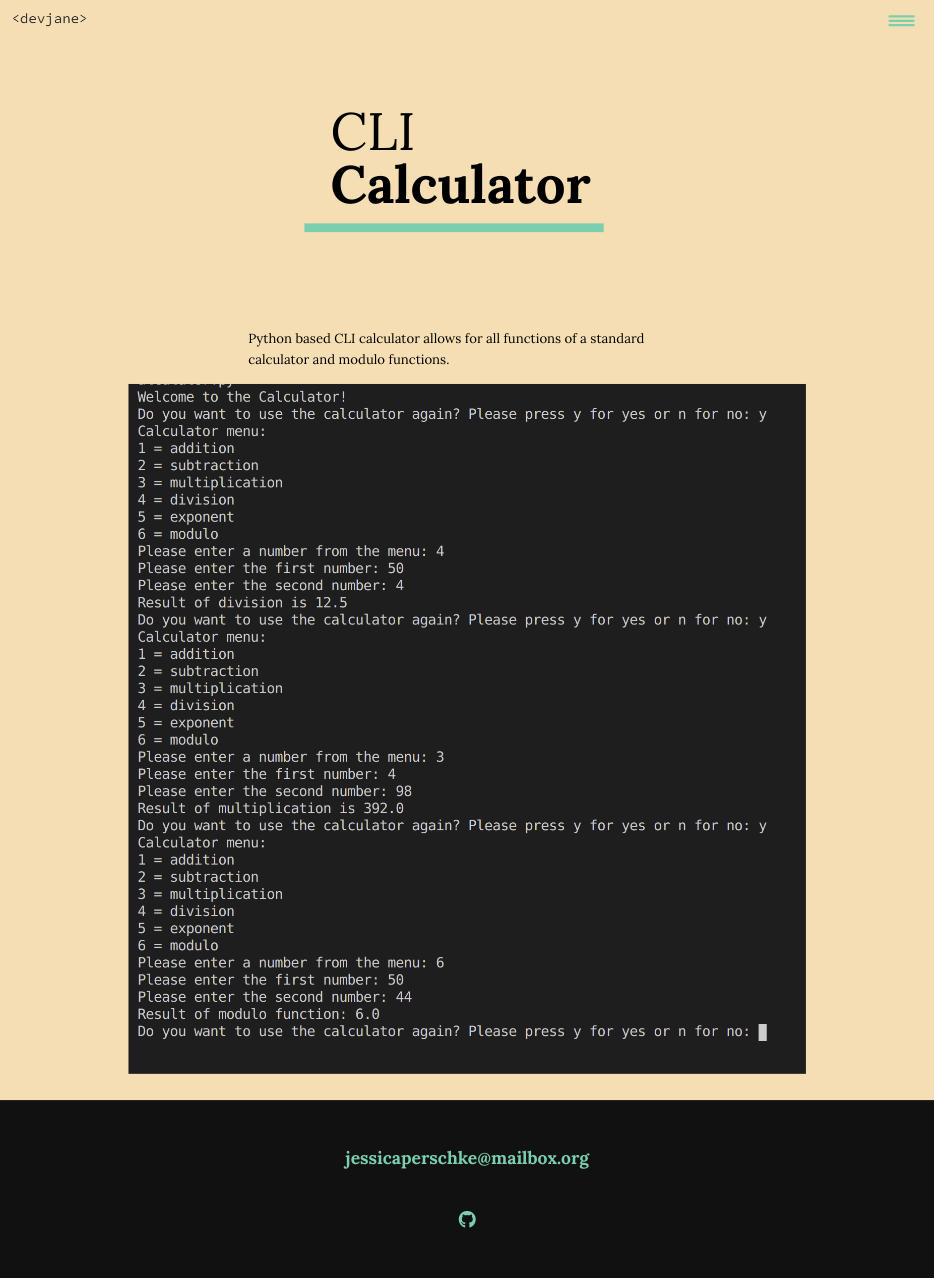
Repository: DinoDime/site
Page: portfolio-item3.html
An editor plug-in stored every save of this project. The page is shown before and after the next save, followed by the edit.
The browser window is 1280 px wide. The pictures show the whole page, at 73% of full size.
Some web libraries are served in a nearby version.

Above is the page before, as saved 2021-05-03 10:50:41.

### portfolio-item3.html
<!DOCTYPE html>
<html lang="en">
  <head>
    <link
      rel="stylesheet"
      href="https://cdnjs.cloudflare.com/ajax/libs/normalize/8.0.1/normalize.css"
    />
    <meta charset="UTF-8" />
    <meta name="viewport" content="width=device-width, initial-scale=1.0" />
    <title>Jess' Portfolio</title>
    <link
      rel="stylesheet"
      href="https://cdnjs.cloudflare.com/ajax/libs/normalize/7.0.0/normalize.min.css"
    />
    <link
      rel="stylesheet"
      href="https://cdnjs.cloudflare.com/ajax/libs/font-awesome/5.11.2/css/all.css"
      integrity="sha256-46qynGAkLSFpVbEBog43gvNhfrOj+BmwXdxFgVK/Kvc="
      crossorigin="anonymous"
    />

    <!-- Update these with your own fonts -->
    <link
      href="https://fonts.googleapis.com/css?family=Lora:400,700|Roboto+Slab:400,700&display=swap"
      rel="stylesheet"
    />

    <link rel="stylesheet" href="css/style.css" />
  </head>
  <body>
    <header>
      <div class="logo">
        <img src="img/devjane.png" alt="" />
      </div>
      <!--Hamburger button-->
      <button class="nav-toggle" aria-label="toggle navigation">
        <span class="hamburger"></span>
      </button>
      <nav class="nav">
        <ul class="nav__list">
          <li class="nav__item">
            <a href="index.html" class="nav__link">Home</a>
          </li>
          <li class="nav__item">
            <a href="index.html#Skills" class="nav__link">Skills</a>
          </li>
          <li class="nav__item">
            <a href="index.html#about" class="nav__link">About me</a>
          </li>
          <li class="nav__item">
            <a href="index.html#work" class="nav__link">My Work</a>
          </li>
        </ul>
      </nav>
    </header>

    <section class="intro">
      <h1 class="section__title section__title--intro">
        CLI <strong>Calculator</strong>
      </h1>
      <p class="section__subtitle section__subtitle--intro"></p>
    </section>

    <div class="portfolio-item-individual">
      <p>
        Python based CLI calculator allows for all functions of a standard
        calculator and modulo functions.
      </p>
      <img src="img/calc.png" alt="" />
    </div>

    <!-- Footer -->
    <footer class="footer">
      <!-- replace with your own email address -->
      <a href="mailto:jessicaperschke@mailbox.org" class="footer__link"
        >jessicaperschke@mailbox.org</a
      >
      <ul class="social-list">
        <li class="social-list__item">
          <a class="social-list__link" href="https://github.com/jl-perschke">
            <i class="fab fa-github"></i>
          </a>
        </li>
      </ul>
    </footer>

    <script src="js/index.js"></script>
  </body>
</html>

### css/style.css
*,
*::before,
*::after {
  box-sizing: border-box;
}

/* Custom Properties, update these for your own design */

:root {
  --ff-primary: "Lora", serif;
  --ff-secondary: "Roboto Slab", serif;

  --fw-reg: 400;
  --fw-bold: 700;

  --clr-light: wheat;
  --clr-dark: black;
  --clr-accent: rgb(123, 207, 175);

  --fs-h1: 3rem;
  --fs-h2: 2.25rem;
  --fs-h3: 1.25rem;
  --fs-body: 1rem;

  --bs: 0.25em 0.25em 0.75em rgba(0, 0, 0, 0.25),
    0.125em 0.125em 0.25em rgba(0, 0, 0, 0.15);
}

@media (min-width: 800px) {
  :root {
    --fs-h1: 4.5rem;
    --fs-h2: 3.75rem;
    --fs-h3: 1.5rem;
    --fs-body: 1.125rem;
  }
}

/* General styles */

/* endable this to add smooth scrolling */
/* html {
    scroll-behavior: smooth;
} */

body {
  background: var(--clr-light);
  color: var(--clr-dark);
  margin: 0;
  font-family: var(--ff-primary);
  font-size: var(--fs-body);
  line-height: 1.6;
}

section {
  padding: 5em 2em;
}

img {
  display: block;
  max-width: 100%;
}

strong {
  font-weight: var(--fw-bold);
}

:focus {
  outline: 3px solid var(--clr-accent);
  outline-offset: 3px;
}

/* Buttons */

.btn {
  display: inline-block;
  padding: 0.5em 2.5em;
  background: var(--clr-accent);
  color: var(--clr-dark);
  text-decoration: none;
  cursor: pointer;
  font-size: 0.8rem;
  text-transform: uppercase;
  letter-spacing: 2px;
  font-weight: var(--fw-bold);
  transition: transform 200ms ease-in-out;
}

.btn:hover {
  transform: scale(1.1);
}

/* Typography */

h1,
h2,
h3 {
  line-height: 1;
  margin: 0;
}

h1 {
  font-size: var(--fs-h1);
}
h2 {
  font-size: var(--fs-h2);
}
h3 {
  font-size: var(--fs-h3);
}

.section__title {
  margin-bottom: 0.25em;
}

.section__title--intro {
  font-weight: var(--fw-reg);
}

.section__title--intro strong {
  display: block;
}

.section__subtitle {
  margin: 0;
  font-size: var(--fs-h3);
}

.section__subtitle--intro,
.section__subtitle--about {
  background: var(--clr-accent);
  padding: 0.25em 1em;
  font-family: var(--ff-secondary);
  margin-bottom: 1em;
}

.section__subtitle--work {
  color: var(--clr-accent);
  font-weight: var(--fw-bold);
  margin-bottom: 2em;
}

/* header */

header {
  display: flex;
  justify-content: space-between;
  padding: 1em;
}

.logo {
  max-width: 100px;
}

.nav {
  position: fixed;
  background: var(--clr-dark);
  color: var(--clr-light);
  top: 0;
  bottom: 0;
  left: 0;
  right: 0;
  z-index: 100;

  transform: translateX(100%);
  transition: transform 250ms cubic-bezier(0.5, 0, 0.5, 1);
}

.nav__list {
  list-style: none;
  display: flex;
  height: 100%;
  flex-direction: column;
  justify-content: space-evenly;
  align-items: center;
  margin: 0;
  padding: 0;
}

.nav__link {
  color: inherit;
  font-weight: var(--fw-bold);
  font-size: var(--fs-h2);
  text-decoration: none;
}

.nav__link:hover {
  color: var(--clr-accent);
}

.nav-toggle {
  padding: 0.5em;
  background: transparent;
  border: 0;
  cursor: pointer;
  position: absolute;
  right: 1em;
  top: 1em;
  z-index: 1000;
}

.nav-open .nav {
  transform: translateX(0);
}

.nav-open .nav-toggle {
  position: fixed;
}

.nav-open .hamburger {
  transform: rotate(0.625turn);
}

.nav-open .hamburger::before {
  transform: rotate(90deg) translateX(-6px);
}

.nav-open .hamburger::after {
  opacity: 0;
}

.hamburger {
  display: block;
  position: relative;
}

.hamburger,
.hamburger::before,
.hamburger::after {
  background: var(--clr-accent);
  width: 2em;
  height: 3px;
  border-radius: 1em;
  transition: transform 250ms ease-in-out;
}

.hamburger::before,
.hamburger::after {
  content: "";
  position: absolute;
  left: 0;
  right: 0;
}

.hamburger::before {
  top: 6px;
}
.hamburger::after {
  bottom: 6px;
}

/*  Intro section  */

.intro {
  position: relative;
}

.intro__img {
  box-shadow: var(--bs);
}

.section__subtitle--intro {
  display: inline-block;
}

@media (min-width: 600px) {
  .intro {
    display: grid;
    width: min-content;
    margin: 0 auto;
    grid-column-gap: 1em;
    grid-template-areas:
      "img title"
      "img subtitle";
    grid-template-columns: min-content max-content;
  }

  .intro__img {
    grid-area: img;
    min-width: 250px;
    position: relative;
    z-index: 2;
  }

  .section__subtitle--intro {
    align-self: start;
    grid-column: -1 / 1;
    grid-row: 2;
    text-align: right;
    position: relative;
    left: -1.5em;
    width: calc(100% + 1.5em);
  }
}

/*  My services section  */

.my-services {
  background-color: var(--clr-dark);
  background-image: url(../img/services-bg.jpg);
  background-size: cover;
  /* background-blend-mode: multiply; */
  color: var(--clr-light);
  text-align: center;
}

.section__title--services {
  color: var(--clr-accent);
  position: relative;
}

.section__title--services::after {
  content: "";
  display: block;
  width: 2em;
  height: 1px;
  margin: 0.5em auto 1em;
  background: var(--clr-light);
  opacity: 0.25;
}

.services {
  margin-bottom: 4em;
}

.service {
  max-width: 500px;
  margin: 0 auto;
}

@media (min-width: 800px) {
  .services {
    display: flex;
    max-width: 1000px;
    margin-left: auto;
    margin-right: auto;
  }

  .service + .service {
    margin-left: 2em;
  }
}

.about-me {
  max-width: 1000px;
  margin: 0 auto;
}

.about-me__img {
  box-shadow: var(--bs);
}

@media (min-width: 600px) {
  .about-me {
    display: grid;
    grid-template-columns: 1fr 200px;
    grid-template-areas:
      "title img"
      "subtitle img"
      "text img";
    grid-column-gap: 2em;
  }

  .section__title--about {
    grid-area: title;
  }

  .section__subtitle--about {
    grid-column: 1 / -1;
    grid-row: 2;
    position: relative;
    left: -1em;
    width: calc(100% + 2em);
    padding-left: 1em;
    padding-right: calc(200px + 4em);
  }

  .about-me__img {
    grid-area: img;
    position: relative;
    z-index: 2;
  }
}

/* My Work */

.my-work {
  background-color: var(--clr-dark);
  color: var(--clr-light);
  text-align: center;
}

.portfolio {
  display: grid;
  grid-template-columns: repeat(auto-fit, minmax(300px, 1fr));
}

.portfolio__item {
  background: var(--clr-accent);
  overflow: hidden;
}

.portfolio__img {
  transition: transform 750ms cubic-bezier(0.5, 0, 0.5, 1), opacity 250ms linear;
}

.portfolio__item:focus {
  position: relative;
  z-index: 2;
}

.portfolio__img:hover,
.portfolio__item:focus .portfolio__img {
  transform: scale(1.2);
  opacity: 0.5;
}

/* footer */

.footer {
  background: #111;
  color: var(--clr-accent);
  text-align: center;
  padding: 2.5em 0;
  font-size: var(--fs-h3);
}

.footer a {
  color: inherit;
  text-decoration: none;
}

.footer__link {
  font-weight: var(--fw-bold);
}

.footer__link:hover,
.social-list__link:hover {
  opacity: 0.7;
}

.footer__link:hover {
  text-decoration: underline;
}

.social-list {
  list-style: none;
  display: flex;
  justify-content: center;
  margin: 2em 0 0;
  padding: 0;
}

.social-list__item {
  margin: 0 0.5em;
}

.social-list__link {
  padding: 0.5em;
}

/* Individual portfolio item styles */

.portfolio-item-individual {
  padding: 0 2em 2em;
  max-width: 1000px;
  margin: 0 auto;
}

.portfolio-item-individual p {
  max-width: 600px;
  margin-left: auto;
  margin-right: auto;
}

Loaded but not shown: js/index.js (common file)

After the next save:
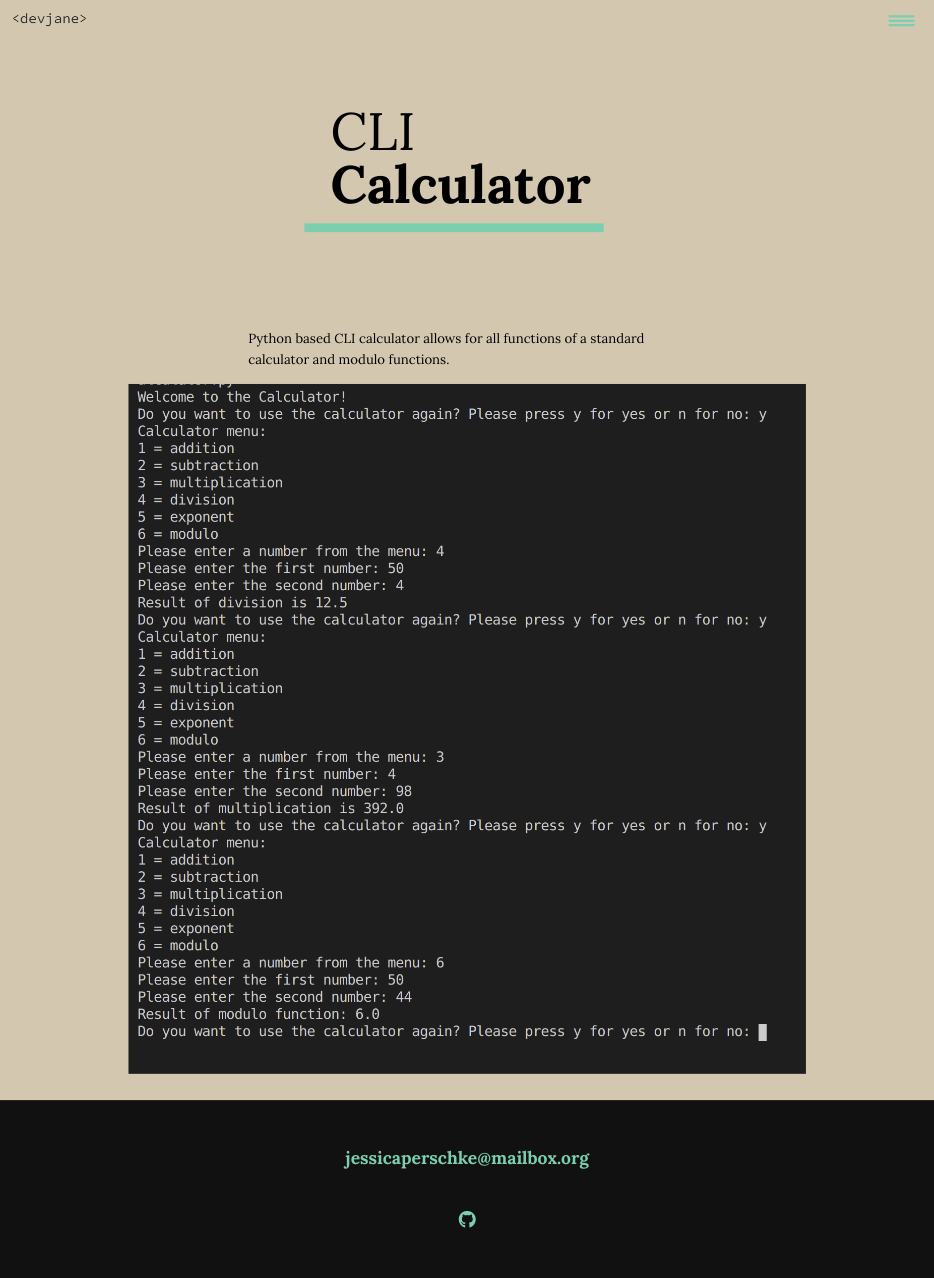
Saved 35 s later.
--- a/css/style.css
+++ b/css/style.css
@@ -13,7 +13,7 @@
   --fw-reg: 400;
   --fw-bold: 700;
 
-  --clr-light: wheat;
+  --clr-light: rgb(211, 199, 176);
   --clr-dark: black;
   --clr-accent: rgb(123, 207, 175);
 
